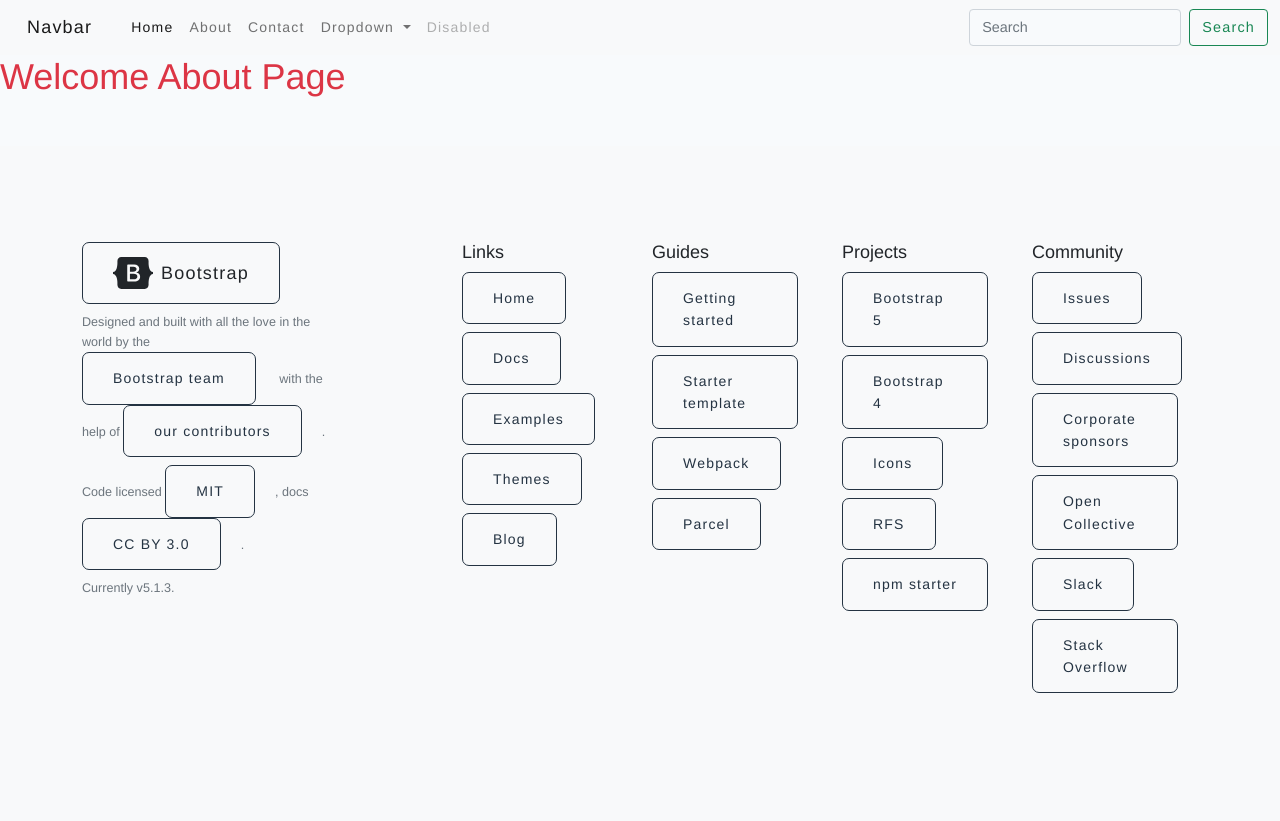
Repository: Aram5864/aaa
Page: http://localhost/about
An editor plug-in stored every save of this project. The page is shown before and after the next save, followed by the edit.
The browser window is 1280 px wide. The pictures show the whole page.
The page is served by the project's Laravel application, run on PHP 8.4 with Laravel 8. Style sheets and scripts are compiled from the project's sources, by tool versions that may differ from the author's.

Above is the page before, as saved 2022-04-08 15:25:18.

After the next save:
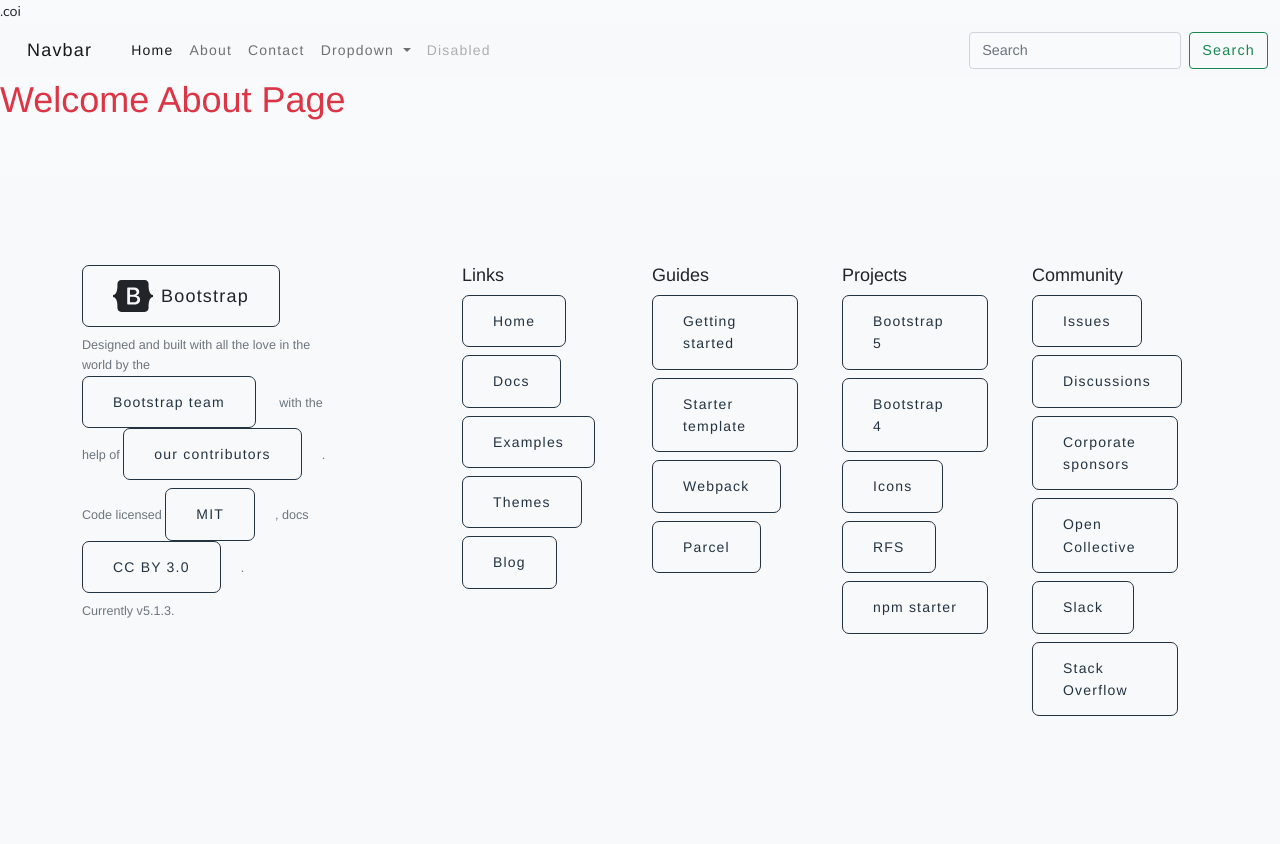
Saved 27 s later.
--- a/resources/views/layouts/app.blade.php
+++ b/resources/views/layouts/app.blade.php
@@ -12,6 +12,7 @@
 
 <body>
 
+    .coi
 
     @include('layouts.navbar')
     @yield('content')

After the save that followed:
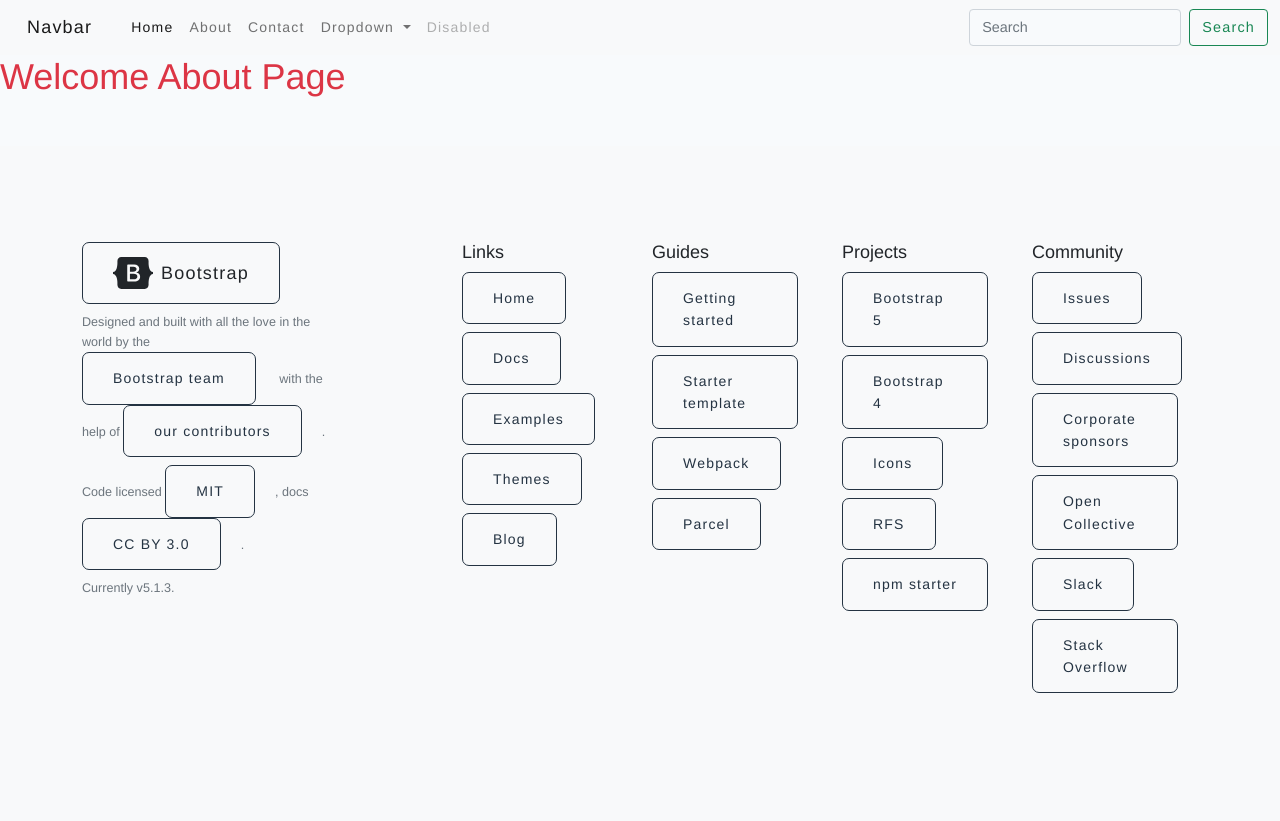
Saved 8 s later.
--- a/resources/views/layouts/app.blade.php
+++ b/resources/views/layouts/app.blade.php
@@ -12,7 +12,9 @@
 
 <body>
 
-    .coi
+    <div class="container">
+
+    </div>
 
     @include('layouts.navbar')
     @yield('content')
